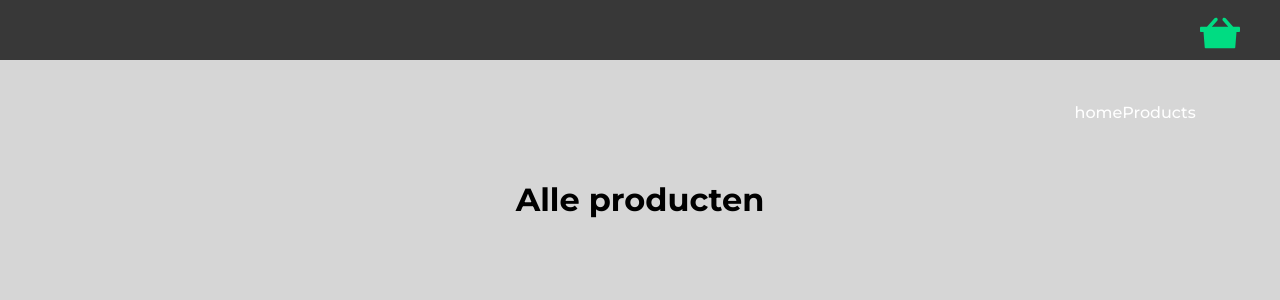
Repository: jodelajo/nuxt-product-page
Page: /
An editor plug-in stored every save of this project. The page is shown before and after the next save, followed by the edit.
The browser window is 1280 px wide. The pictures show the whole page.
The page's requests for data from a server got no answer. The project was rebuilt for these pictures with package versions that can differ from the ones it lists, and the page was loaded fresh each time. The framework's server and built-in components were replaced by stand-ins that run in the browser. No one was signed in, and anything a server would have sent is missing. Also part of the build but not shown: nuxt.config.js, components/BuyButton.vue, components/CartPrices.vue, components/Counter.vue, components/FilterIcon.vue, components/HomeIcon.vue, components/IncDecButtons.vue, components/MyItem.vue and 8 more.

Above is the page before, as saved 2021-12-03 16:22:16.

### components/Basket.vue
<template>
  <!-- <svg class="nuxt-logo" viewBox="0 0 45 30" fill="none" xmlns="http://www.w3.org/2000/svg">
    <path d="M24.7203 29.704H41.1008C41.6211 29.7041 42.1322 29.5669 42.5828 29.3061C43.0334 29.0454 43.4075 28.6704 43.6675 28.2188C43.9275 27.7672 44.0643 27.2549 44.0641 26.7335C44.0639 26.2121 43.9266 25.6999 43.6662 25.2485L32.6655 6.15312C32.4055 5.70162 32.0315 5.32667 31.581 5.06598C31.1305 4.8053 30.6195 4.66805 30.0994 4.66805C29.5792 4.66805 29.0682 4.8053 28.6177 5.06598C28.1672 5.32667 27.7932 5.70162 27.5332 6.15312L24.7203 11.039L19.2208 1.48485C18.9606 1.03338 18.5864 0.658493 18.1358 0.397853C17.6852 0.137213 17.1741 0 16.6538 0C16.1336 0 15.6225 0.137213 15.1719 0.397853C14.7213 0.658493 14.3471 1.03338 14.0868 1.48485L0.397874 25.2485C0.137452 25.6999 0.000226653 26.2121 2.8053e-07 26.7335C-0.000226092 27.2549 0.136554 27.7672 0.396584 28.2188C0.656614 28.6704 1.03072 29.0454 1.48129 29.3061C1.93185 29.5669 2.44298 29.7041 2.96326 29.704H13.2456C17.3195 29.704 20.3239 27.9106 22.3912 24.4118L27.4102 15.7008L30.0986 11.039L38.1667 25.0422H27.4102L24.7203 29.704ZM13.0779 25.0374L5.9022 25.0358L16.6586 6.36589L22.0257 15.7008L18.4322 21.9401C17.0593 24.2103 15.4996 25.0374 13.0779 25.0374Z" fill="#00DC82" />
  </svg> -->



<svg class="nuxt-logo" xmlns="http://www.w3.org/2000/svg"  viewBox="0 0 122.88 94.27" style="enable-background:new 0 0 122.88 94.27" xml:space="preserve">
<path d="M12.04,27.72h9.43L44.56,1.86c2.05-2.3,5.61-2.5,7.9-0.45v0c2.3,2.05,2.5,5.61,0.45,7.91l-16.42,18.4h50.32 L70.39,9.32c-2.05-2.3-1.85-5.86,0.45-7.91h0c2.3-2.05,5.85-1.85,7.91,0.45l23.08,25.86l9.02,0l0.12,0l8.47,0 c1.9,0,3.45,1.55,3.45,3.45v9.73c0,1.9-1.55,3.45-3.45,3.45h-7.33l-3.77,47.53c-0.1,1.31-1.08,2.39-2.39,2.39H16.94 c-1.31,0-2.29-1.08-2.39-2.39l-3.77-47.53H3.45C1.55,44.35,0,42.8,0,40.9v-9.73c0-1.9,1.55-3.45,3.45-3.45l8.47,0L12.04,27.72 L12.04,27.72z M77.67,46.22h10.91v31.53l-10.91,0V46.22L77.67,46.22z M56.45,46.22h10.9v31.53l-10.9,0V46.22L56.45,46.22z M35.23,46.22h10.91v31.53l-10.91,0V46.22L35.23,46.22z" fill="#00DC82"/>
</svg>



</template>

<style>
.nuxt-logo {
  padding-top: 10px;
  height: 40px;
  width: 40px;
}
</style>

### components/NavBar.vue
<template>
  <nav class="navBar">
    <div class="shoppingcart">
      <NuxtLink to="/">home</NuxtLink>
      <NuxtLink to="/products"
        >Products <span class="sr-only">(current)</span>
      </NuxtLink>
      <NuxtLink to="/my-items"> <Basket /> <span>{{ counter }}</span>
      </NuxtLink><span class="sr-only">(current)</span>



    </div>
  </nav>
</template>

<script>
import { mapState } from "vuex";
export default {

    computed: {
        ...mapState(['counter'])
    }
};
</script>

<style scoped>
.navBar {
  width: 100vw;
  background-color: rgb(56, 56, 56);
  color: white;
  height: 60px;
  display: flex;
  justify-content: flex-end;
  align-items: center;
}
.shoppingcart {
  margin-right: 40px;
}
.sr-only:not(:focus):not(:active) {
  clip: rect(0 0 0 0);
  clip-path: inset(50%);
  height: 1px;
  overflow: hidden;
  position: absolute;
  white-space: nowrap;
  width: 1px;
}

.shoppingcart a {
  color: white;
  text-decoration: none;
}

.shoppingcart a:hover {
  color: red;
}
.basket {
  font-size: 20px;
  height: 48px;
  width: 48px;
  z-index: 10;
  color: white;
}
</style>

### components/NuxtLogo.vue
<template>
  <svg class="nuxt-logo" viewBox="0 0 45 30" fill="none" xmlns="http://www.w3.org/2000/svg">
    <path d="M24.7203 29.704H41.1008C41.6211 29.7041 42.1322 29.5669 42.5828 29.3061C43.0334 29.0454 43.4075 28.6704 43.6675 28.2188C43.9275 27.7672 44.0643 27.2549 44.0641 26.7335C44.0639 26.2121 43.9266 25.6999 43.6662 25.2485L32.6655 6.15312C32.4055 5.70162 32.0315 5.32667 31.581 5.06598C31.1305 4.8053 30.6195 4.66805 30.0994 4.66805C29.5792 4.66805 29.0682 4.8053 28.6177 5.06598C28.1672 5.32667 27.7932 5.70162 27.5332 6.15312L24.7203 11.039L19.2208 1.48485C18.9606 1.03338 18.5864 0.658493 18.1358 0.397853C17.6852 0.137213 17.1741 0 16.6538 0C16.1336 0 15.6225 0.137213 15.1719 0.397853C14.7213 0.658493 14.3471 1.03338 14.0868 1.48485L0.397874 25.2485C0.137452 25.6999 0.000226653 26.2121 2.8053e-07 26.7335C-0.000226092 27.2549 0.136554 27.7672 0.396584 28.2188C0.656614 28.6704 1.03072 29.0454 1.48129 29.3061C1.93185 29.5669 2.44298 29.7041 2.96326 29.704H13.2456C17.3195 29.704 20.3239 27.9106 22.3912 24.4118L27.4102 15.7008L30.0986 11.039L38.1667 25.0422H27.4102L24.7203 29.704ZM13.0779 25.0374L5.9022 25.0358L16.6586 6.36589L22.0257 15.7008L18.4322 21.9401C17.0593 24.2103 15.4996 25.0374 13.0779 25.0374Z" fill="#00DC82" />
  </svg>
</template>

<style>
.nuxt-logo {
  height: 180px;
}
</style>

### layouts/default.vue
<template>
  <div>
   <NavBar />
    <Nuxt />
  </div>
</template>

<style>
@import url("https://fonts.googleapis.com/css2?family=Montserrat:wght@100;200;300;500;700;900&family=Readex+Pro:wght@300;500;700&display=swap");

body {
  box-sizing: border-box;
  margin: 0;
  background-color: rgba(226, 199, 203, 0.1);
  display: flex;
  align-items: center;
  justify-content: center;
   font-family: "Montserrat", sans-serif;
}


*,
*::before,
*::after {
  box-sizing: border-box;
  margin: 0;
}
.button--green {
  display: inline-block;
  border-radius: 4px;
  border: 1px solid #3b8070;
  color: #3b8070;
  text-decoration: none;
  padding: 10px 30px;
}
.button--green:hover {
  color: #fff;
  background-color: #3b8070;
}
.button--grey {
  display: inline-block;
  border-radius: 4px;
  border: 1px solid #35495e;
  color: #35495e;
  text-decoration: none;
  padding: 10px 30px;
  margin-left: 15px;
}
.button--grey:hover {
  color: #fff;
  background-color: #35495e;
}
</style>

### layouts/no-nav.vue
<template>
  <div>
<NuxtLink to="/"> Go back </NuxtLink>
    <Nuxt />
  </div>
</template>

<style>
@import url("https://fonts.googleapis.com/css2?family=Montserrat:wght@100;200;300;500;700;900&family=Readex+Pro:wght@300;500;700&display=swap");

body {
  box-sizing: border-box;
  margin: 0;
  background-color: rgba(226, 199, 203, 0.1);
  display: flex;
  align-items: center;
  justify-content: center;
   font-family: "Montserrat", sans-serif;
}

*,
*::before,
*::after {
  box-sizing: border-box;
  margin: 0;
}
.button--green {
  display: inline-block;
  border-radius: 4px;
  border: 1px solid #3b8070;
  color: #3b8070;
  text-decoration: none;
  padding: 10px 30px;
}
.button--green:hover {
  color: #fff;
  background-color: #3b8070;
}
.button--grey {
  display: inline-block;
  border-radius: 4px;
  border: 1px solid #35495e;
  color: #35495e;
  text-decoration: none;
  padding: 10px 30px;
  margin-left: 15px;
}
.button--grey:hover {
  color: #fff;
  background-color: #35495e;
}
</style>

### pages/index.vue
<template>
  <div class="container">
    <h1>Alle producten</h1>
    <ProductsCardDisplay
      v-for="products in allProducts"
      :key="products.ProductID"
      :productsSection="products"
    />

    <!-- {{ allProducts}}
<br>
<h6>product declaration</h6>
{{ allProducts[0].ProductDeclarations}}
<h6>contact information</h6>
{{ allProducts[0].ProductDeclarations.ContactInformation}}
<h6>pictures</h6>
{{ allProducts[0].ProductPictures}}

<h6>prices</h6>
{{ allProducts[0].ProductPrices}}
<h6>logo's</h6>
{{ allProducts[0].Logos}}
<h6>Websub group</h6>

{{ allProducts[0].WebSubGroups}}
<h6>Nutrition</h6>

{{ allProducts[0].Nutrition}}


<h6>product offers</h6>

{{ allProducts[0].ProductOffers}} -->
  </div>
</template>

//brand //WebSubGroup //ProductOffers
<script>
export default {
  methods: {},
  data() {
    return {
      allProducts: [],
    };
  },
  async fetch() {
    this.allProducts = await fetch(
      "https://a1-api.detailresult.nl/v1/assortmentcache/group/281/104?api_key=6d3a42a3-6d93-4f98-838d-bcc0ab2307fd"
    ).then((res) => res.json());
  },
};
</script>

<style>
@import url("https://fonts.googleapis.com/css2?family=Montserrat:wght@100;200;300;500;700;900&family=Readex+Pro:wght@300;500;700&display=swap");

body {
  width: 100vw;
  box-sizing: border-box;
  margin: 0;
  background-color: rgb(214, 214, 214);
}
.container {

  display: flex;
  padding: 20px;
  flex-direction: column;
  justify-content: center;
  align-items: center;
  gap: 20px;
  font-family: "Montserrat", sans-serif;
  /* font-family: 'Readex Pro', sans-serif; */
}
.container h1 {
  margin-top: 100px;
}
</style>

After the next save:
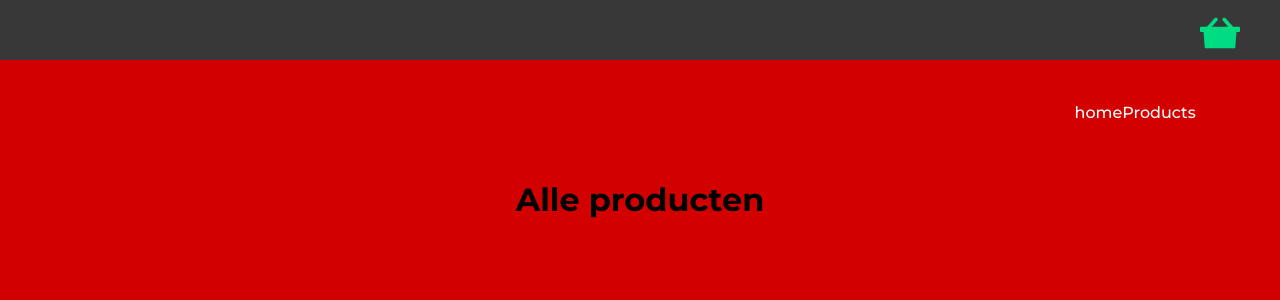
Saved 50 s later.
--- a/pages/index.vue
+++ b/pages/index.vue
@@ -58,7 +58,7 @@ body {
   width: 100vw;
   box-sizing: border-box;
   margin: 0;
-  background-color: rgb(214, 214, 214);
+  background-color: rgb(211, 0, 0);
 }
 .container {
 
